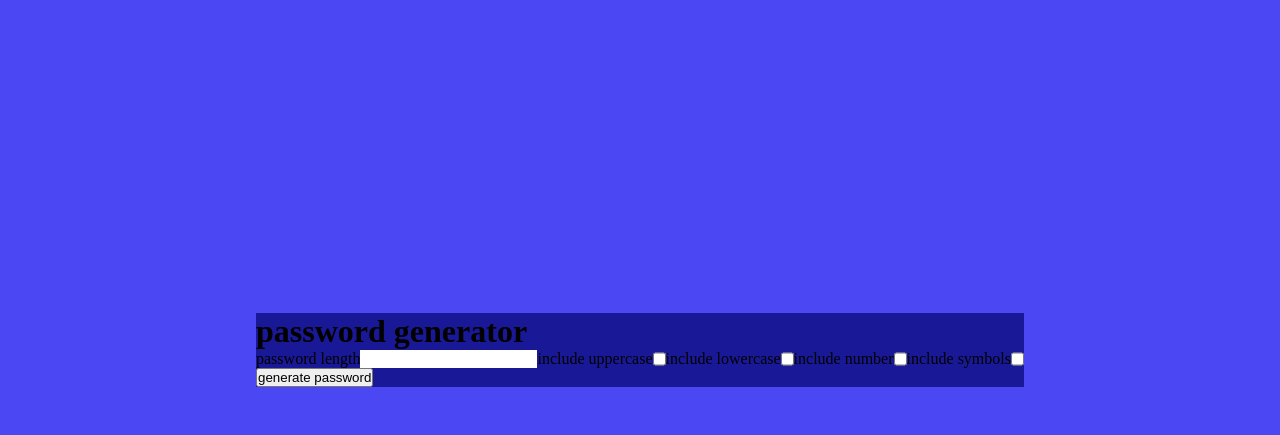
Repository: Eugene44-hub/password-generator
Page: index.html
The author's editor kept a copy of each file at every save. The page is drawn from the files as they stood at one save, then again after a run of saves.
The browser window is 1280 px wide. The pictures show the whole page.

Above is the page before, as saved 2021-09-23 10:29:20.

### index.html
<!DOCTYPE html>
<html lang="en">

<head>
    <meta charset="UTF-8">
    <meta http-equiv="X-UA-Compatible" content="IE=edge">
    <meta name="viewport" content="width=device-width, initial-scale=1.0">
    <title>Document</title>
    <link rel="stylesheet" href="style.css">
</head>

<body>
    <div class="passwordGenerator">
        <h1>password generator</h1>
        <div class="password">

        </div>
        <div class="select-options">
            <p>password length</p>
            <input type="number" id="length">
            <p>include uppercase</p><input type="checkbox" id="uppercase">
            <p>include lowercase</p><input type="checkbox" id="lowercase">
            <p>include number</p><input type="checkbox" id="number">
            <p>include symbols</p><input type="checkbox" id="symbol">
        </div>
        <button id="generate-password">generate password</button>
    </div>
    <script src="app.js"></script>
</body>

</html>

</html>

### style.css
* {
    padding: 0;
    margin: 0;
    box-sizing: border-box;
}

body {
    display: flex;
    height: 700px;
    background-color: rgb(75, 72, 243);
}

.passwordGenerator {
    margin: auto;
    background-color: rgb(25, 25, 151);
}

input {
    display: inline-block;
    border: none;
    outline: none;
}

.select-options {
    display: flex;
    flex-wrap: wrap;
}

input,
p {g}

### app.js
// document.querySelector('.password').addEventListener('', e => {})
// console.log(String.fromCharCode())

const person = {
    name: 'Eugene',
    type: true,
    greeting: 'Hello'
}
let x = [{ lower: true }, { upper: false }, { number: true }, { symbol: true }];

// const rand = {
//     lower: true,
//     upper: true,
//     number: false,
//     symbol: true,
// }

// const functName =
//     console.log()

After the next 3 saves:
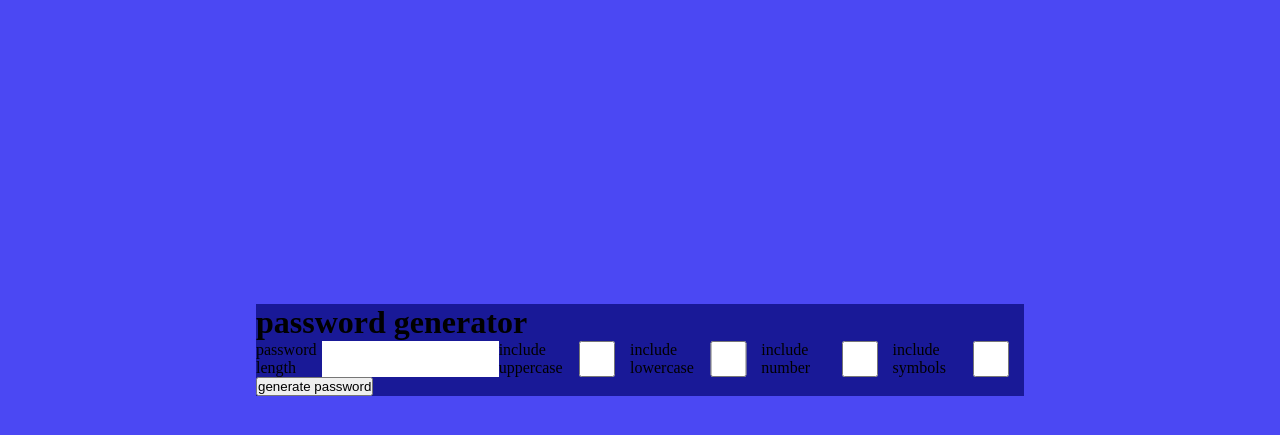
The 3 saves are shown as one change because they came seconds apart.
The last was saved 7 s later.
--- a/style.css
+++ b/style.css
@@ -27,4 +27,6 @@ input {
 }
 
 input,
-p {g}
+p {
+    flex: 1;
+}
